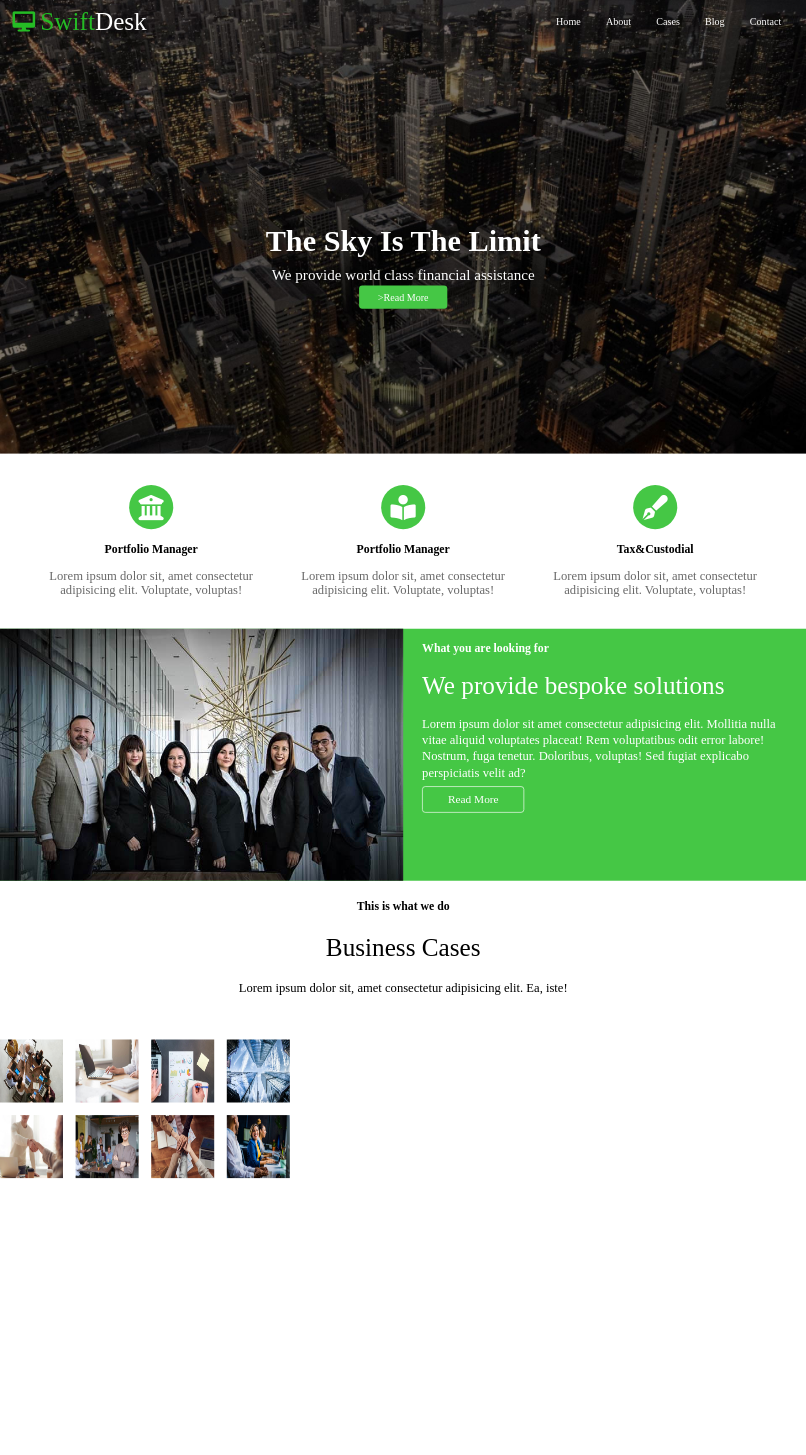
Repository: reemoon-ctrl/swiftdisk-Website-Flexbox
Page: index.html
These files come from the project's save history. The page is drawn as it stood at one moment and after the next save; the edit follows.
The browser window is 1280 px wide. The pictures show the whole page, at 63% of full size.

Above is the page before, as saved 2024-07-27 09:47:52.

### index.html
<!DOCTYPE html>
<html lang="en">
<head>
    <meta charset="UTF-8">
    <meta name="viewport" content="width=device-width, initial-scale=1.0">
    <title>
        Swift Desk
    </title>
    <link rel="stylesheet" href="https://cdnjs.cloudflare.com/ajax/libs/font-awesome/6.0.0-beta3/css/all.min.css">

    <link rel="stylesheet" href="index.css">
</head>
<body>
    <div class="show-case">
        <header>
            <div class="nav-bar">
                <div class="title-bar">
                    <i class="fas fa-desktop fa-2x" style="color: rgb(37, 187, 37)"></i>
                    <h1 class="title"><span class="fword"> Swift</span>Desk</h1>
                </div>
                <div class="link-bar">
                    <a href="">Home</a>
                    <a href="#about">About</a>
                    <a href="">Cases</a>
                    <a href="">Blog</a>
                    <a href="">Contact</a>
                </div>
            </div>
        </header>
        <header class="hd-content">
            <h1>The Sky Is The Limit</h1>
            <p>We provide world class financial assistance
            </p>
            <a href="">>Read More</a>

        </header>

    </div>
    <main>
        <div class="about-section">
            <ul id="about"class="about-srvice" >
                <li><i class="fas fa-university " ></i>
                    <h3>Portfolio Manager</h3>
                    <p>Lorem ipsum dolor sit, amet consectetur adipisicing elit. Voluptate, voluptas!</p>
                </li>
                <li><i class="fas fa-book-open-reader " ></i>
                    <h3>Portfolio Manager</h3>
                    <p>Lorem ipsum dolor sit, amet consectetur adipisicing elit. Voluptate, voluptas!</p></li>
                <li><i class="fas fa-pen-fancy " ></i>
                    <h3>Tax&Custodial</h3>
                    <p>Lorem ipsum dolor sit, amet consectetur adipisicing elit. Voluptate, voluptas!</p></li>
            </ul>
        </div>
        <div>
            <div class="solutions">
                <div class="img"></div>
                <div class="solution-content">
                    <h3>What you are looking for</h3>
                    <h2>We provide bespoke solutions</h2>
                    <p>Lorem ipsum dolor sit amet consectetur
                        adipisicing elit. Mollitia nulla vitae aliquid voluptates placeat! Rem voluptatibus odit error labore! Nostrum, fuga tenetur. Doloribus, voluptas! Sed
                        fugiat explicabo perspiciatis velit ad?</p>
                    <a href="index.html">Read More</a>
                 </div>
            </div>
        </div>
        <div class="Business-case">
            <div class="Business-case-content">
                <h3>This is what we do</h3>
                <h2>Business Cases</h2>
                <p>Lorem ipsum dolor sit, amet consectetur
                     adipisicing elit. Ea, iste!</p>
            </div>
            <div class="BC-image">
                <img class="BCimg BCimg1" src="/img/cases/cases1.jpg" alt="">
                <img  class="BCimg BCimg2" src="/img/cases/cases2.jpg" alt="">
                <img class="BCimg BCimg3" src="/img/cases/cases3.jpg" alt="">
                <img class="BCimg BCimg4" src="/img/cases/cases4.jpg" alt="">
                <img class="BCimg BCimg5" src="/img/cases/cases5.jpg" alt="">
                <img class="BCimg BCimg6" src="/img/cases/cases6.jpg" alt="">
                <img class="BCimg BCimg7" src="/img/cases/cases7.jpg" alt="">
                <img class="BCimg BCimg8" src="/img/cases/cases8.jpg" alt="">
            </div>
        </div>

        <div>
            <div class="BLOG">
                <div class="img"></div>
                <div class="solution-content">
                    <h3>April 16 2020</h3>
                    <h2>Blog Post One</h2>
                    <p>Lorem ipsum dolor sit amet consectetur
                        adipisicing elit. Mollitia nulla vitae aliquid voluptates placeat! Rem voluptatibus odit error labore! Nostrum, fuga tenetur. Doloribus, voluptas! Sed
                        fugiat explicabo perspiciatis velit ad?</p>
                    <a href="index.html">Read Our Blog</a>
                 </div>
            </div>
        </div>

    </main>


</body>
</html>

### index.css
*{
    box-sizing: border-box;
    margin: 0;
    padding: 0;
}
body{

}
.nav-bar{
    display: flex;
    justify-content:space-between ;
    padding: 10px 20px;
    color:#fff;




}
.title-bar{
    align-items: center;
    flex-grow: 1;
    display: flex;
    gap:.5rem;


}
.title-bar h1{
    display:inline-block;
    font-size:2.5rem;
    font-weight: 400;
}

.link-bar{

    /* flex-grow:1 ; */
    align-self: center;
    display: flex;
}
.link-bar a{
    padding: 10px 20px;
    color:#fff;
    text-decoration: none;


}
.link-bar a:hover{
    border-bottom: 1px #25bb25 solid;
}
.fword{
    color:#25bb25;
}
.show-case{
   height:100vh;
   text-align: center;
   color:#fff;

   background:  url('img/home/showcase.jpg') no-repeat center center/cover ;
}
.hd-content{
    padding-top: 18rem;
}
.hd-content h1{
    font-size: 3rem;
}
.hd-content p{
    font-size: 1.5rem;
    padding-top: .8rem;
    padding-bottom: .8rem;
}
.hd-content a{
    color: #fff;
    background:#45c745 ;
    padding: 10px 30px;
    border-radius: 5px;
    text-decoration: none;
    text-align: center;
}
.about-section ul{
    display: flex;
    list-style: none;
    gap: 20px;

}
.about-srvice{
    padding: 50px ;
}
.about-srvice li{
    text-align: center;
}
.about-srvice li i{
    background-color: rgb(69, 199, 69);
    color:#fff;
    width:70px;
    height: 70px;
    border-radius: 70px;
    font-size: 40px;
    padding-top:15px ;


}
.about-srvice li h3{
    padding-top: 20px;
}
.about-srvice li p{
    padding-top: 20px;
    font-size: 20px;
    color: dimgrey;
}

.solutions{
    display:flex;
    background: #45c745;

}
.img{
    width:50%;
    background: url('/img/home/people.jpg') center center/cover no-repeat;

}
.solution-content{
    color:#fff;
    padding:20px 30px;
}
.solution-content{
    height:25rem;
    width: 50%;
}
.solution-content h2{
    font-size: 40px;
    font-weight: 500;
    padding: 1.5rem 0px;
}
.solution-content p{
    font-size: 20px;
    line-height: 1.3;
    margin-bottom: 20px;
}
.solution-content a{
    padding: 10px 40px;
    border: 1px solid;
    color:#fff;
    text-decoration: none;
    border-radius: 5px;
    font-size: 18px;

}
.Business-case{
    width: 100vw;
}
.Business-case-content{
    text-align: center;
    padding-left: 30px;
    padding-right: 30px;
}
.Business-case-content h3{
    padding: 30px 0px;
}
.Business-case-content h2{
   padding-bottom: 30px;
    font-size: 40px;
    font-weight: 500;
}
.Business-case-content p{
    padding-bottom: 30px;
    font-size: 20px;
}
.BC-image{
    display: grid;
    grid-template-columns:100px 100px 100px 100px ;
   gap: 20px;
   padding: 40px 0px;
}
.BCimg{
    width: 100px;
    height:100px;

}
/* //////////////////////////////////// */
.solutions{
    display:flex;
    background: #45c745;

}
.img{
    width:50%;
    background: url('/img/home/people.jpg') center center/cover no-repeat;

}
.solution-content{
    color:#fff;
    padding:20px 30px;
}
.solution-content{
    height:25rem;
    width: 50%;
}
.solution-content h2{
    font-size: 40px;
    font-weight: 500;
    padding: 1.5rem 0px;
}
.solution-content p{
    font-size: 20px;
    line-height: 1.3;
    margin-bottom: 20px;
}
.solution-content a{
    padding: 10px 40px;
    border: 1px solid;
    color:#fff;
    text-decoration: none;
    border-radius: 5px;
    font-size: 18px;

}

After the next save:
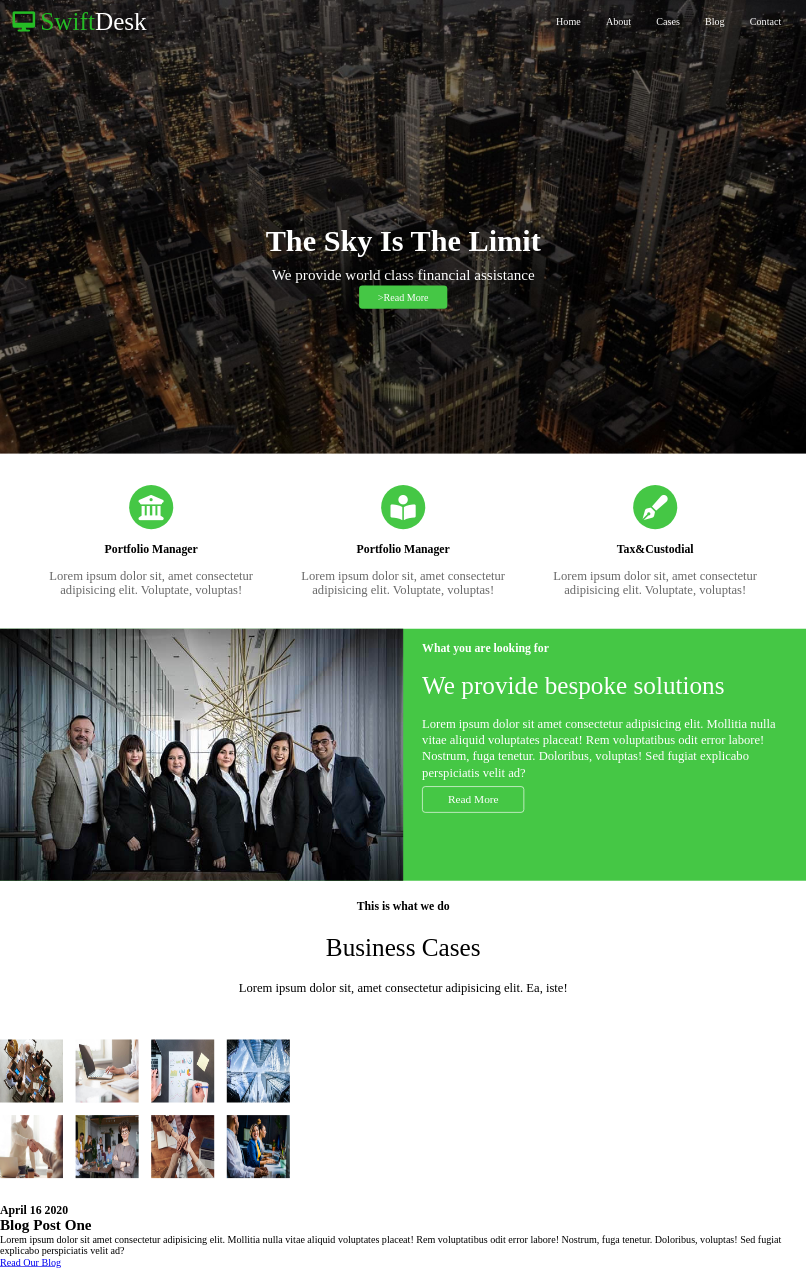
Saved 11 s later.
--- a/index.html
+++ b/index.html
@@ -86,7 +86,7 @@
         <div>
             <div class="BLOG">
                 <div class="img"></div>
-                <div class="solution-content">
+                <div class="-content">
                     <h3>April 16 2020</h3>
                     <h2>Blog Post One</h2>
                     <p>Lorem ipsum dolor sit amet consectetur
